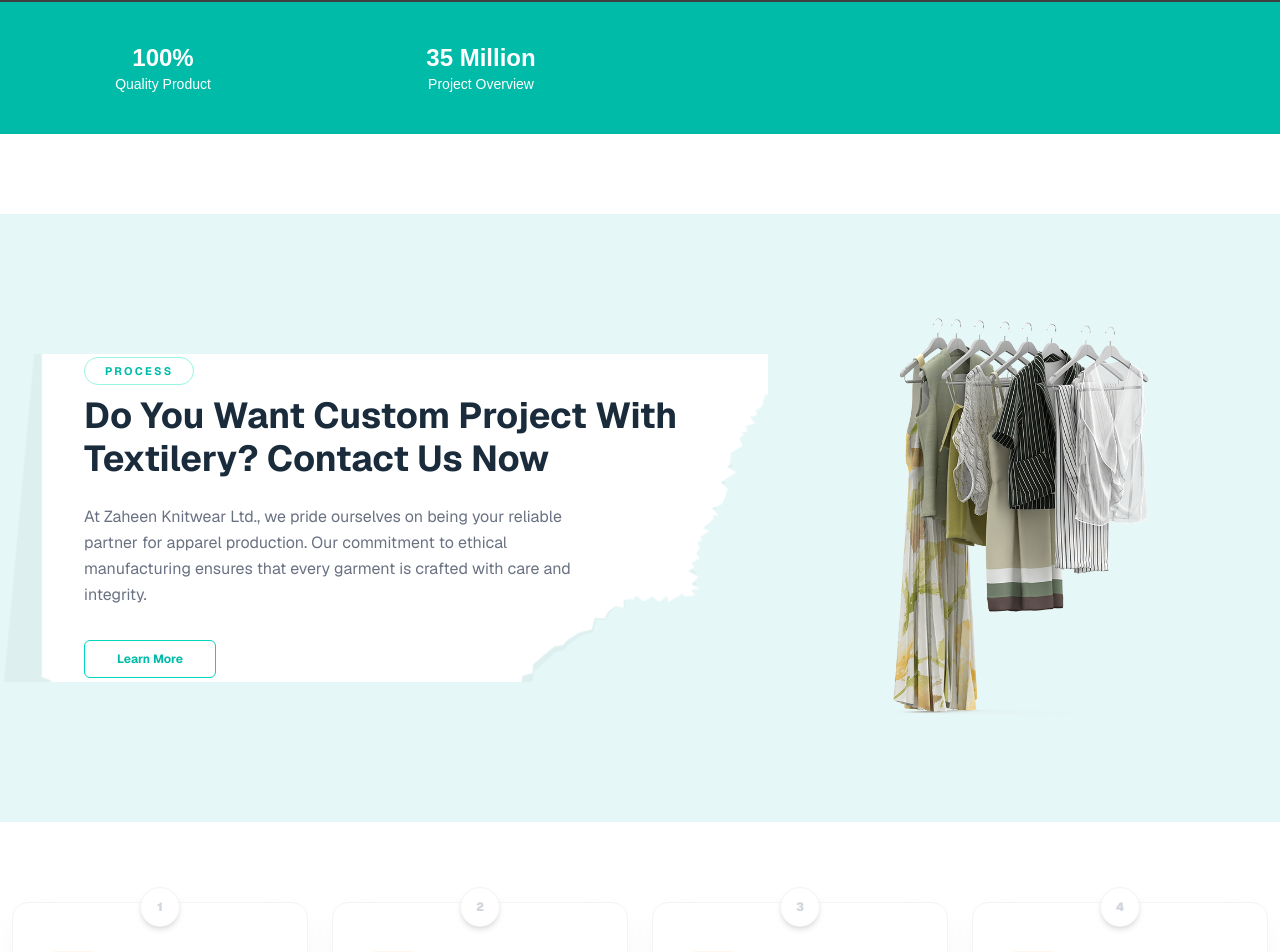
Repository: mdmuhibullahhabib/fullstack-assessment
Page: /
These files come from the project's save history. The page is drawn as it stood at one moment and after the next save; the edit follows.
The browser window is 1280 px wide. The pictures show the part of the page from y = 576 to 1528 px (the page is 3153 px tall before and 3181 px after).
Pictures or frames that could not be fetched are drawn as grey boxes. The project was rebuilt for these pictures with package versions that can differ from the ones it lists, and the page was loaded fresh each time. The framework's server and built-in components were replaced by stand-ins that run in the browser. Also part of the build but not shown: next.config.mjs.

Above is the page before, as saved 2025-12-27 10:28:25.

After the next save:
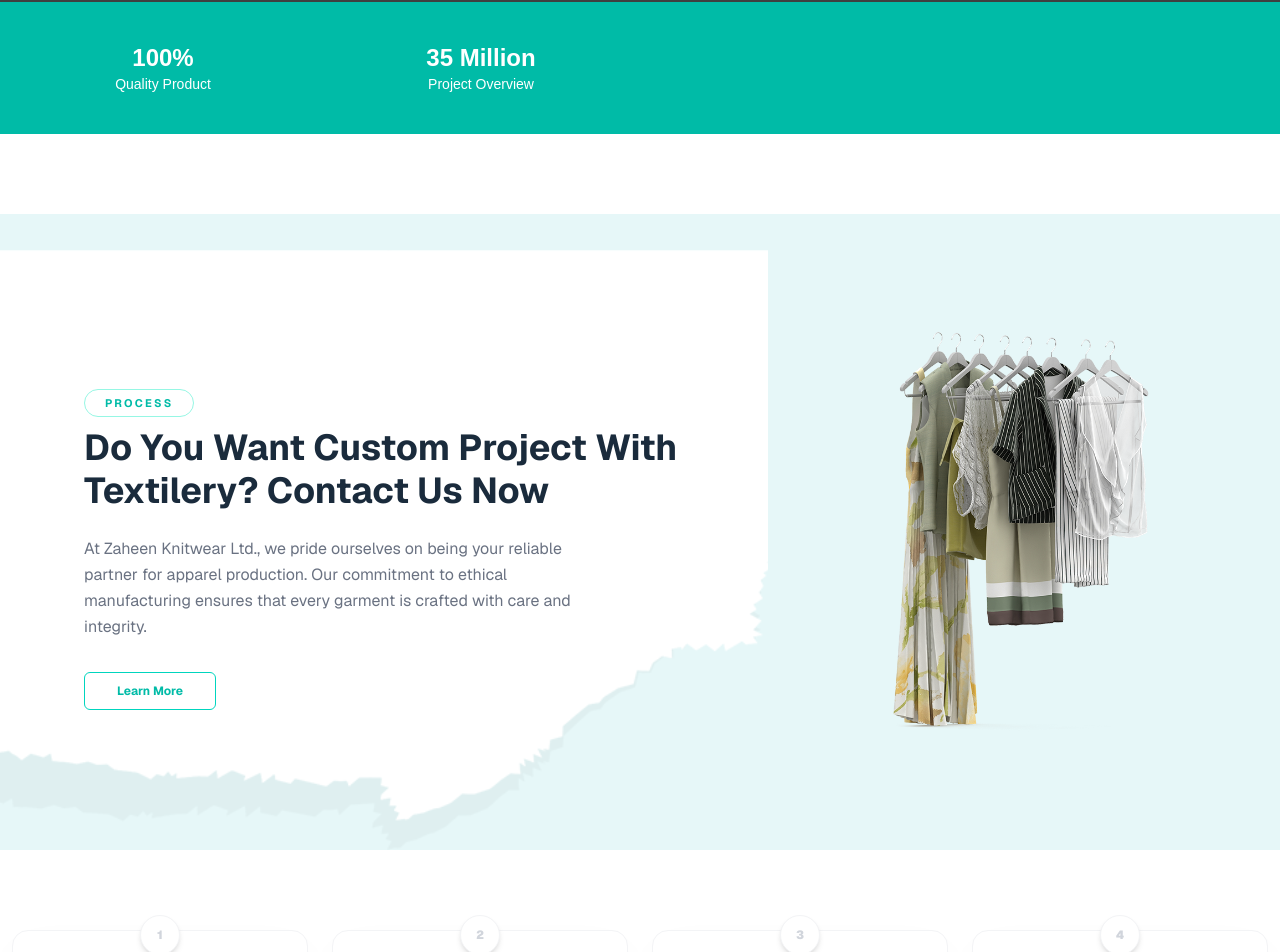
Saved 7 s later.
--- a/src/components/home/CustomProcess.jsx
+++ b/src/components/home/CustomProcess.jsx
@@ -24,7 +24,7 @@
 
                     {/* Left Content Box (White with bgImage and Torn Edge) */}
                     <div
-                        className="relative w-full md:w-[60%] md:my-[140px] p-10 mt-9 md:pl-5 md:p-1 flex flex-col justify-center items-start "
+                        className="relative w-full md:w-[60%] md:py-[140px] p-10 mt-9 md:pl-5 md:p-1 flex flex-col justify-center items-start "
                         style={{
                             backgroundImage: `url(${bgImage.src})`,
                             backgroundSize: "cover",
